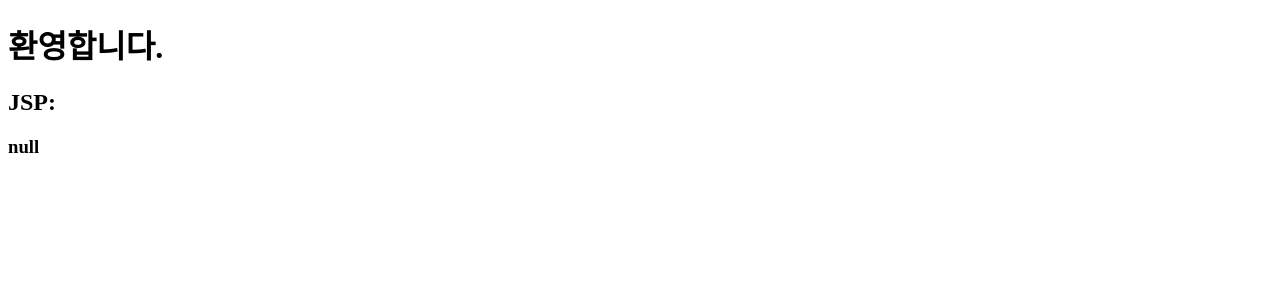
Repository: jsb5589/JAVAStudy
Page: http://localhost/JSP02/hello4.jsp
An editor plug-in stored every save of this project. The page is shown before and after the next save, followed by the edit.
The browser window is 1280 px wide. The pictures show the whole page.
The page is served by Tomcat 9. Other server files are loaded and not shown.

Above is the page before, as saved 2021-08-09 05:35:52.

### EZWebs/JSP02/src/main/webapp/hello4.jsp
<%@ page language="java" contentType="text/html; charset=UTF-8"
    pageEncoding="UTF-8"%>

<%!
	String jsp = "JSP";
	public String getJsp(){
		return jsp;
	}
%>

<% String ver = request.getParameter("ver"); %>

<!DOCTYPE html>
<html>
<head>
	<meta charset="UTF-8">
	<title>JSP Scripting Element</title>
</head>
<body>
	<h1>환영합니다.</h1>
	<h2><%=jsp%>: <h3><%=ver%></h2>

</body>
</html>

After the next save:
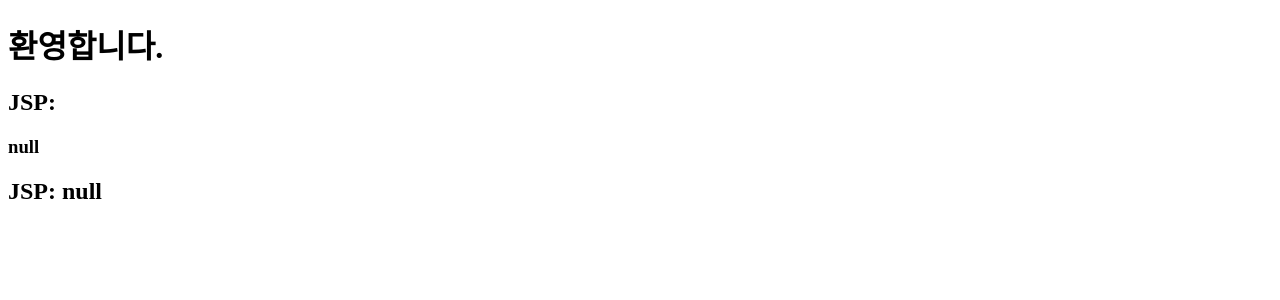
Saved 6 min 31 s later.
--- a/EZWebs/JSP02/src/main/webapp/hello4.jsp
+++ b/EZWebs/JSP02/src/main/webapp/hello4.jsp
@@ -19,6 +19,7 @@
 <body>
 	<h1>환영합니다.</h1>
 	<h2><%=jsp%>: <h3><%=ver%></h2>
+	<h2><%=jsp%>: <%=request.getParameter("ver")%></h2>
 
 </body>
 </html>
